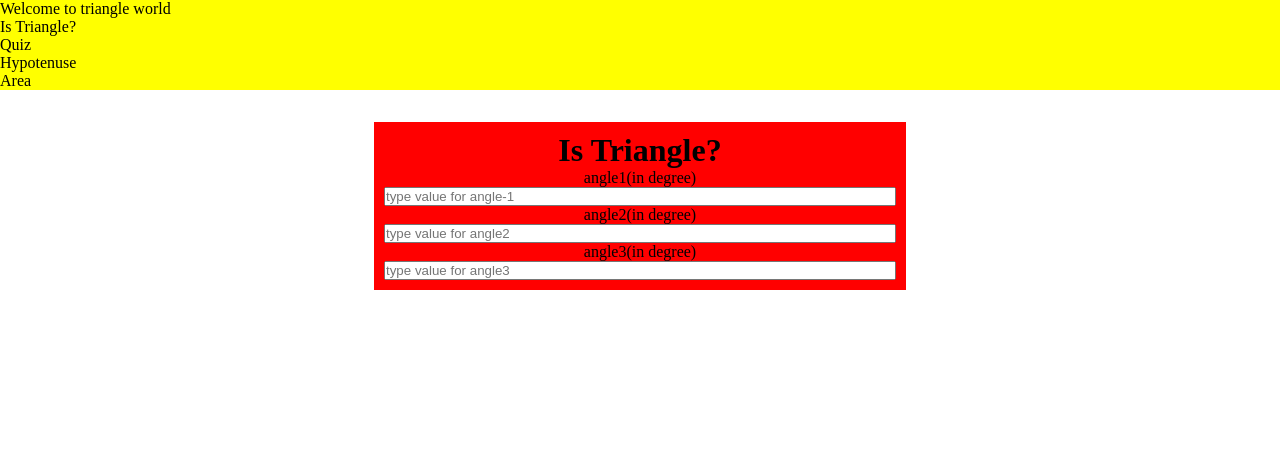
Repository: patelamancode/Fun-with-trianles
Page: index.html
The author's editor kept a copy of each file at every save. The page is drawn from the files as they stood at one save, then again after the next save.
The browser window is 1280 px wide. The pictures show the whole page.

Above is the page before, as saved 2022-11-28 15:39:08.

### index.html
<!DOCTYPE html>
<html lang="en">
<head>
    <meta charset="UTF-8">
    <meta http-equiv="X-UA-Compatible" content="IE=edge">
    <meta name="viewport" content="width=device-width, initial-scale=1.0">
    <link rel="stylesheet" href="index.css">
    <title>Fun-With-Triangles</title>
</head>
<body>
    <nav id="navbar">
        <p>Welcome to triangle world</p>
        <div>
            <p id="Is-triangle">Is Triangle?</p>
            <p id="quiz">Quiz</p>
            <p id="hypo">Hypotenuse</p>
            <p id="area">Area</p>
        </div>
    </nav>
    <div id="main-container">
        <h1>Is Triangle?</h1>
        <label for="angle1">angle1(in degree)</label>
        <input type="text" id="angle1-input" placeholder="type value for angle-1">
        <label for="angle2">angle2(in degree)</label>
        <input type="text" id="angle2-input" placeholder="type value for angle2">
        <label for="angle3">angle3(in degree)</label>
        <input type="text" id="angle3-input" placeholder="type value for angle3">
    </div>
</body>
</html>

### index.css
*{
    margin: 0;
    padding: 0;
}

#navbar{
    background-color: yellow;
}



#main-container {
    background-color: red;
    display: flex;
    flex-direction: column;
    width: 40vw;
    margin: auto;
    margin-top: 2rem;
    padding: 10px;
    text-align: center;
  }

After the next save:
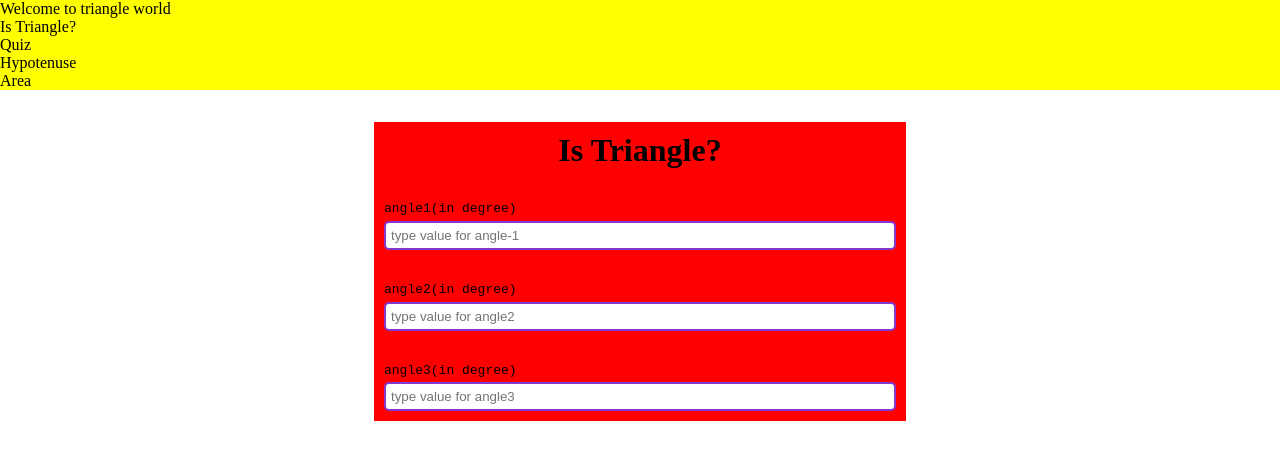
Saved 98 s later.
--- a/index.css
+++ b/index.css
@@ -1,21 +1,44 @@
-*{
-    margin: 0;
-    padding: 0;
+* {
+  margin: 0;
+  padding: 0;
 }
 
-#navbar{
-    background-color: yellow;
+#navbar {
+  background-color: yellow;
 }
 
+#main-container {
+  background-color: red;
+  display: flex;
+  flex-direction: column;
+  width: 40vw;
+  margin: auto;
+  margin-top: 2rem;
+  padding: 10px;
+  text-align: center;
+}
 
-
-#main-container {
-    background-color: red;
-    display: flex;
-    flex-direction: column;
-    width: 40vw;
-    margin: auto;
-    margin-top: 2rem;
-    padding: 10px;
-    text-align: center;
-  }
+.app-title {
+  margin: 2rem 0 0 0;
+}
+label {
+  margin-top: 2rem;
+  margin-bottom: 0.3rem;
+  text-align: left;
+  font-family: monospace;
+}
+input {
+  border: 2px solid rgb(134, 55, 207);
+  border-radius: 5px;
+  padding: 5px;
+}
+#check-btn {
+  margin: auto;
+  text-align: center;
+  margin-top: 2rem;
+  width: 40%;
+  padding: 5px 0px;
+  background-color: rgba(143, 82, 201, 0.521);
+  border: 1px solid;
+  border-radius: 5px;
+}
